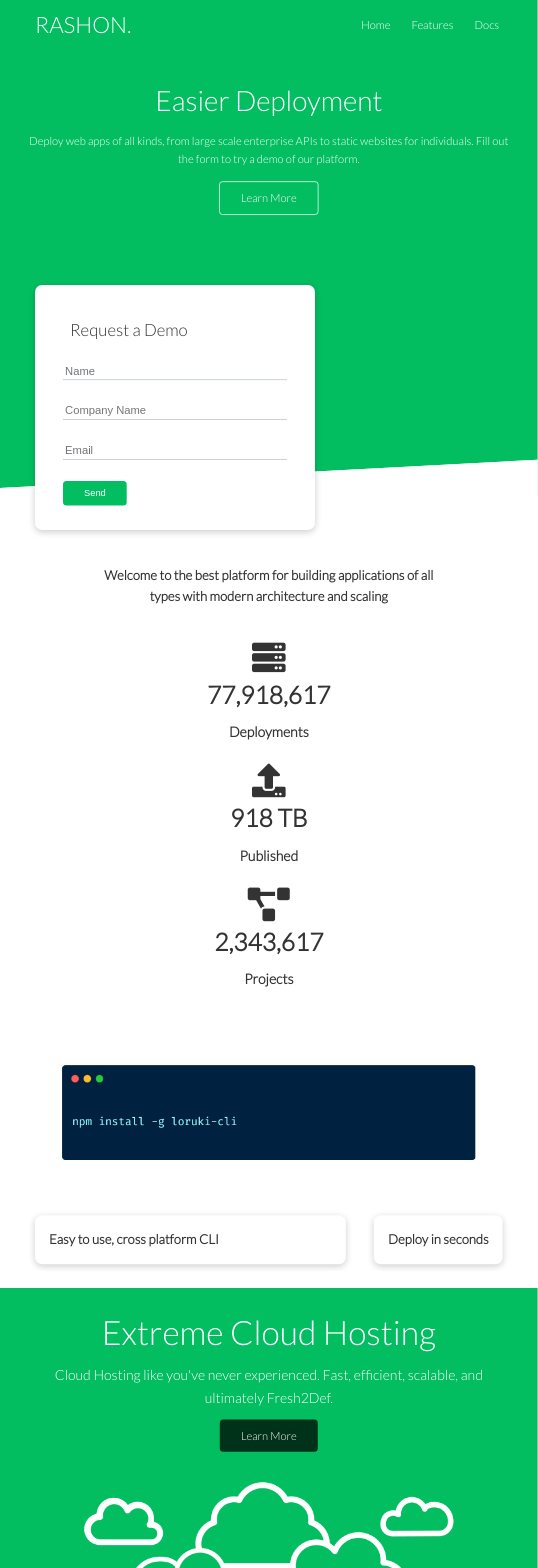
Repository: Skilis/website-modern
Page: index.html
An editor plug-in stored every save of this project. The page is shown before and after the next save, followed by the edit.
The browser window is 768 px wide. The pictures show the part of the page from y = 0 to 2240 px (the page is 3503 px tall), at 70% of full size.

Above is the page before, as saved 2020-10-23 16:33:06.

### index.html
<!DOCTYPE html>
<html lang="en">

<head>
  <meta charset="UTF-8">
  <meta name="viewport" content="width=device-width, initial-scale=1.0">
  <link rel="stylesheet" href="https://cdnjs.cloudflare.com/ajax/libs/font-awesome/5.15.1/css/all.min.css"
    integrity="sha512-+4zCK9k+qNFUR5X+cKL9EIR+ZOhtIloNl9GIKS57V1MyNsYpYcUrUeQc9vNfzsWfV28IaLL3i96P9sdNyeRssA=="
    crossorigin="anonymous" />
  <link rel="stylesheet" href="css/utilities.css">
  <link rel="stylesheet" href="css/style.css">

  <title>Rashon | Cloud Hosting For The SuperPhly</title>
</head>

<body>
  <!-- Navbar-->
  <div class="navbar">
    <div class="container flex">
      <h1 class="logo">RASHON.</h1>
      <nav>
        <ul>
          <li><a href="index.html">Home</a></li>
          <li><a href="features.html">Features</a></li>
          <li><a href="docs.html">Docs</a></li>
        </ul>
      </nav>
    </div>

  </div>

  <!-- Showcase-->

  <section class="showcase">
    <div class="container grid">
      <div class="showcase-text">
        <h1>Easier Deployment</h1>
        <p>Deploy web apps of all kinds, from large scale enterprise APIs to static websites for individuals. Fill out
          the form to try a demo of our platform.</p>
        <a href="features.html" class="btn btn-outline">Learn More</a>
      </div>

      <div class="showcase-form card">
        <h2>Request a Demo</h2>
        <form>
          <div class="form-control">
            <input type="text" name="name" placeholder="Name" required>
          </div>
          <div class="form-control">
            <input type="text" name="company" placeholder="Company Name" required>
          </div>
          <div class="form-control">
            <input type="email" name="email" placeholder="Email" required>
          </div>
          <input type="submit" value="Send" class="btn btn-primary">
        </form>
      </div>
    </div>

  </section>

  <!-- Stats-->

  <section class="stats">
    <div class="container">
      <h3 class="stats-heading text-center my-1">
        Welcome to the best platform for building applications of all types with modern architecture and scaling
      </h3>

      <div class="grid grid-3 text-center my-4">
        <div>
          <i class="fas fa-server fa-3x"></i>
          <h3>77,918,617</h3>
          <p class="text-secondary">Deployments</p>
        </div>
        <div> <i class="fas fa-upload fa-3x"></i>
          <h3>918 TB</h3>
          <p class="text-secondary">Published</p>
        </div>
        <div> <i class="fas fa-project-diagram fa-3x"></i>
          <h3>2,343,617</h3>
          <p class="text-secondary">Projects</p>
        </div>
      </div>


    </div>

  </section>

  <!-- Cli -->

  <section class="cli">
    <div class="container grid">
      <img src="images/cli.png" alt="">
      <div class="card">
        <h3>Easy to use, cross platform CLI</h3>
      </div>
      <div class="card">
        <h3>Deploy in seconds</h3>
      </div>

    </div>
  </section>

  <!-- Cloud -->

  <section class="cloud bg-primary my-2 py-2">
    <div class="container grid">
      <div class="text-center">
        <h2 class="lg"> Extreme Cloud Hosting</h2>
        <p class="lead my-1">Cloud Hosting like you've never experienced. Fast, efficient, scalable, and ultimately
          Fresh2Def.</p>
        <a href="features.html" class="btn btn-dark">Learn More</a>

      </div>
      <img src="images/cloud.png" alt="">
    </div>
  </section>

  <!-- languages -->

  <section class="languages">
    <h2 class="md text-center my-2">Supported Languages</h2>
    <div class="container flex">
      <div class="card">
        <h4>Node.js</h4>
        <img src="images/logos/node.png" alt="">
      </div>
      <div class="card">
        <h4>C#</h4>
        <img src="images/logos/csharp.png" alt="">
      </div>
      <div class="card">
        <h4>Ruby</h4>
        <img src="images/logos/ruby.png" alt="">
      </div>
      <div class="card">
        <h4>PHP</h4>
        <img src="images/logos/php.png" alt="">
      </div>
      <div class="card">
        <h4>Scala</h4>
        <img src="images/logos/scala.png" alt="">
      </div>
      <div class="card">
        <h4>Clojure</h4>
        <img src="images/logos/clojure.png" alt="">
      </div>
    </div>
  </section>

  <!-- Footer -->

  <footer class="footer bg-dark py-5">
    <div class="container grid grid-3">
      <div>
        <h1>RASHON.</h1>
        <p>Copyright &copy; Chess Brigade Multimedia. All rights reserved.</p>
      </div>
      <nav>
        <ul>
          <li><a href="index.html">Home</a></li>
          <li><a href="features.html">Features</a></li>
          <li><a href="docs.html">Docs</a></li>
        </ul>
      </nav>
      <div class="social">
        <a href="https://skilis.github.io/CBMM-Development/"><i class="fab fa-github fa-2x"></i></a>
        <a href="https://www.facebook.com/ChessChessBrigadeInc/"><i class="fab fa-facebook fa-2x"></i></a>
        <a href="https://www.instagram.com/skilis_creates/"><i class="fab fa-instagram fa-2x"></i></a>
        <a href="https://twitter.com/skilisthedon"><i class="fab fa-twitter fa-2x"></i></a>
      </div>
    </div>
  </footer>


</body>

</html>

### css/utilities.css
.container {
  max-width: 1100px;
  margin: 0 auto;
  overflow: auto;
  padding: 0 40px;
}

.card {
  background-color: #fff;
  color: #333;
  border-radius: 10px;
  box-shadow: 0 3px 10px rgba(0, 0, 0, 0.2);
  padding: 20px;
  margin: 10px;
}

.btn {
  display: inline-block;
  padding: 10px 30px;
  cursor: pointer;
  background: var(--primary-color);
  color: #fff;
  border: none;
  border-radius: 5px;
}

.btn-outline {
  background-color: transparent;
  border: 1px #fff solid;
}

.btn:hover {
  transform: scale(.98);
}

/* Backgrounds & Colored Buttons */

.bg-primary,
.btn-primary {
  background-color: var(--primary-color);
  color: #fff;
}

.bg-secondary,
.btn-secondary {
  background-color: var(--secondary-color);
  color: #fff;
}

.bg-dark,
.btn-dark {
  background-color: var(--dark-color);
  color: #fff;
}

.bg-primary a,
.btn-primary a,
.bg-secondary a,
.btn-secondary a,
.bg-dark a,
.btn-dark a {
  color: #fff;
}

.bg-light,
.btn-light {
  background-color: var(--light-color);
  color: #333;
}

/* Text Sizes */

.lead {
  font-size: 20px;
}

.sm {
  font-size: 1rem;
}

.md {
  font-size: 2rem;
}

.lg {
  font-size: 3rem;
}

.xl {
  font-size: 4rem;
}

.text-center {
  text-align: center;
}

.flex {
  display: flex;
  justify-content: center;
  align-items: center;
  height: 100%;
}

.grid {
  display: grid;
  grid-template-columns: repeat(2, 1fr);
  gap: 20px;
  justify-content: center;
  align-items: center;
  height: 100%;
}

.grid-3 {
  grid-template-columns: repeat(3, 1fr);
}

/* Margin */

.my-1 {
  margin: 1rem;
}

.my-2 {
  margin: 1.5rem 0;
}

.my-3 {
  margin: 2rem 0;
}

.my-4 {
  margin: 3rem 0;
}

.my-5 {
  margin: 4rem 0;
}

.m-1 {
  margin: 1rem;
}

.m-2 {
  margin: 1.5rem;
}

.m-3 {
  margin: 2rem;
}

.m-4 {
  margin: 3rem;
}

.m-5 {
  margin: 4rem;
}

/* Padding */

.py-1 {
  padding: 1rem;
}

.py-2 {
  padding: 1.5rem 0;
}

.py-3 {
  padding: 2rem 0;
}

.py-4 {
  padding: 3rem 0;
}

.py-5 {
  padding: 4rem 0;
}

.p-1 {
  padding: 1rem;
}

.p-2 {
  padding: 1.5rem;
}

.p-3 {
  padding: 2rem;
}

.p-4 {
  padding: 3rem;
}

.p-5 {
  padding: 4rem;
}

### css/style.css
@import url('https://fonts.googleapis.com/css2?family=Lato:wght@300&display=swap');

:root {
  --primary-color: #03be61;
  --secondary-color: #026e38;
  --dark-color: #003119;
  --light-color: #f4f4f4;
}

* {
  box-sizing: border-box;
  padding: 0;
  margin: 0;
}

body {
  font-family: 'Lato', sans-serif;
  color: #333;
  line-height: 1.6;
}

ul {
  list-style-type: none;
}

a {
  text-decoration: none;
  color: #333;
}

h1,
h2 {
  font-weight: 300;
  line-height: 1.2;
  margin: 10px;
}

p {
  margin: 10px 0;
}

img {
  width: 100%;
}

/* Navrbar*/

.navbar {
  background-color: var(--primary-color);
  color: #fff;
  height: 70px;
}

.navbar ul {
  display: flex;
}

.navbar a {
  color: #fff;
  padding: 10px;
  margin: 0 5px;
}

.navbar a:hover {
  border-bottom: 2px white solid;
}

.navbar .flex {
  justify-content: space-between;
}

/* Showcase*/

.showcase {
  height: 400px;
  background-color: var(--primary-color);
  color: white;
  position: relative;
}

.showcase h1 {
  font-size: 40px;
}

.showcase p {
  margin: 20px 0;
}

.showcase .grid {
  overflow: visible;
  grid-template-columns: 55% 45%;
  gap: 30px;
}

.showcase-form {
  position: relative;
  top: 60px;
  height: 350px;
  width: 400px;
  padding: 40px;
  z-index: 100;
}

.showcase-form .form-control {
  margin: 30px 0;
}

.showcase-form input[type='text'],
.showcase-form input[type='email'] {
  border: 0;
  border-bottom: 1px solid #b4becb;
  width: 100%;
  padding: 3px;
  font-size: 16px;
}

.showcase-form input:focus {
  outline: none;
}

.showcase::before,
.showcase::after {
  content: '';
  position: absolute;
  height: 100px;
  bottom: -70px;
  right: 0;
  left: 0;
  background: white;
  transform: skewY(-3deg);
  -webkit-transform: skewY(-3deg);
  -moz-transform: skewY(-3deg);
  -ms-transform: skewY(-3deg);
}

/* Stats */

.stats {
  padding-top: 100px;
}

.stats-heading {
  max-width: 500px;
  margin: auto;
}

.stats .grid h3 {
  font-size: 35px;
}

.stats .grid p {
  font-size: 20px;
  font-weight: bold;
}

/* Cli */

.cli .grid {
  grid-template-columns: repeat(3, 1fr);
  grid-template-rows: repeat(2, 1fr);
}

.cli .grid>*:first-child {
  grid-column: 1 / span 2;
  grid-row: 1 / span 2;
}

/* Cloud */

.cloud .grid {
  grid-template-columns: 4fr 3fr;
}

/* Languages */

.languages .flex {
  flex-wrap: wrap;
}

.languages .card {
  text-align: center;
  margin: 18px 10px 40px;
  transition: transform 0.2s ease-in;
}

.languages .card h4 {
  font-size: 20px;
  margin-bottom: 10px;
}

.languages .card:hover {
  transform: translateY(-15px);
}

/* Footer */

.footer .social a {
  margin: 0 10px;
}

/* Tablets and under*/

@media(max-width: 768px) {

  .grid,
  .showcase .grid,
  .stats .grid,
  .cli .grid,
  .cloud .grid {
    grid-template-columns: 1fr;
    grid-template-rows: 1fr;
  }

  .showcase {
    height: auto;
  }

  .showcase-text {
    text-align: center;
    margin-top: 40px;
  }

  .showcase-form {}
}

/* Mobile*/

@media(max-width: 500px) {
  .navbar {
    height: 110px;
  }

  .navbar .flex {
    flex-direction: column;
  }

  .navbar ul {
    padding: 10px;
    background-color: rgba(0, 0, 0, 0.1);
  }
}

After the next save:
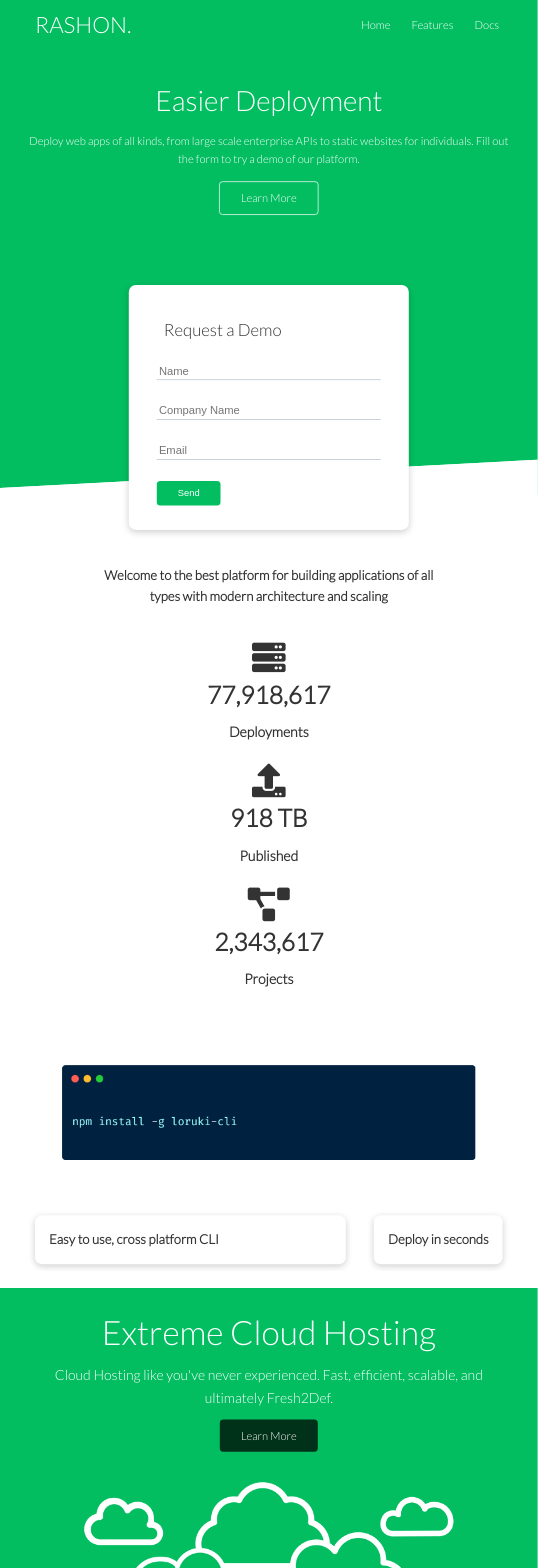
Saved 31 s later.
--- a/css/style.css
+++ b/css/style.css
@@ -220,7 +220,9 @@
     margin-top: 40px;
   }
 
-  .showcase-form {}
+  .showcase-form {
+    justify-self: center;
+  }
 }
 
 /* Mobile*/
